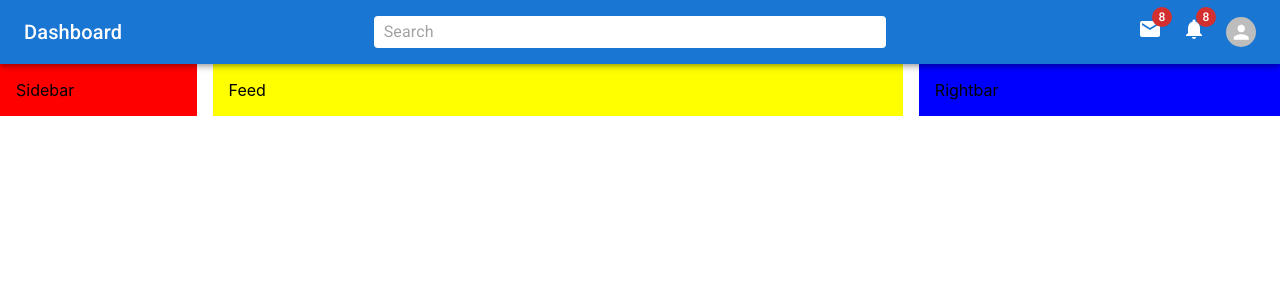
Repository: abubaker-cs/mui5_dashboard
Page: /
An editor plug-in stored every save of this project. The page is shown before and after the next save, followed by the edit.
The browser window is 1280 px wide. The pictures show the whole page.
The project was rebuilt for these pictures with package versions that can differ from the ones it lists, and the page was loaded fresh each time. Also part of the build but not shown: src/App.css.

Above is the page before, as saved 2022-07-17 06:24:01.

### public/index.html
<!DOCTYPE html>
<html lang="en">
  <head>
    <meta charset="utf-8" />
    <link rel="icon" href="%PUBLIC_URL%/favicon.ico" />
    <meta name="viewport" content="width=device-width, initial-scale=1" />
    <meta name="theme-color" content="#000000" />
    <meta
      name="description"
      content="Web site created using create-react-app"
    />
    <link rel="apple-touch-icon" href="%PUBLIC_URL%/logo192.png" />

    <link rel="manifest" href="%PUBLIC_URL%/manifest.json" />
    <link
      rel="stylesheet"
      href="https://fonts.googleapis.com/css?family=Roboto:300,400,500,700&display=swap"
    />
    <link
      rel="stylesheet"
      href="https://fonts.googleapis.com/icon?family=Material+Icons"
    />

    <title>React App</title>
  </head>
  <body>
    <noscript>You need to enable JavaScript to run this app.</noscript>
    <div id="root"></div>
  </body>
</html>

### src/App.js
import "./App.css";
import Sidebar from "./components/Sidebar";
import Feed from "./components/Feed";
import Rightbar from "./components/Rightbar";
import { Box, Stack } from "@mui/material";
import Navbar from "./components/Navbar";

function App() {
  return (
    <Box>
      <Navbar />
      <Stack direction="row" spacing={2} justifyContent="space-evenly">
        <Sidebar />
        <Feed />
        <Rightbar />
      </Stack>
    </Box>
  );
}

export default App;

### src/components/Sidebar.jsx
import { Box } from "@mui/material";
import React from "react";

const Sidebar = () => {
  return (
    <Box
      bgcolor="red"
      flex={1}
      p={2}
      sx={{ display: { xs: "none", sm: "block" } }}
    >
      Sidebar
    </Box>
  );
};

export default Sidebar;

### src/components/Feed.jsx
import { Box } from "@mui/material";
import React from "react";

const Feed = () => {
  return (
    <Box bgcolor="yellow" flex={4} p={2}>
      Feed
    </Box>
  );
};

export default Feed;

### src/components/Rightbar.jsx
import { Box } from "@mui/material";
import React from "react";

const Rightbar = () => {
  return (
    <Box
      bgcolor="blue"
      flex={2}
      p={2}
      sx={{ display: { xs: "none", sm: "block" } }}
    >
      Rightbar
    </Box>
  );
};

export default Rightbar;

### src/components/Navbar.jsx
import { Dashboard, Mail, Notifications } from "@mui/icons-material";
import {
  AppBar,
  Toolbar,
  styled,
  Typography,
  Box,
  InputBase,
  Badge,
  Avatar,
} from "@mui/material";
import React from "react";

// Base styles for custom Toolbar wrapper | flex justify = space-between
const StyledToolbar = styled(Toolbar)({
  display: "flex",
  justifyContent: "space-between",
});

//
const Search = styled("div")(({ theme }) => ({
  backgroundColor: "white",
  padding: "0 10px",
  borderRadius: theme.shape.borderRadius,
  width: "40%",
}));

const Icons = styled(Box)(({ theme }) => ({
  display: "flex",
  gap: "20px",
}));

const Navbar = () => {
  return (
    <AppBar position="sticky">
      <StyledToolbar>
        <Typography
          variant="h6"
          sx={{
            display: {
              xs: "none",
              sm: "block",
            },
          }}
        >
          Dashboard
        </Typography>
        <Dashboard
          sx={{
            display: {
              xs: "block",
              sm: "none",
            },
          }}
        />
        <Search>
          <InputBase placeholder="Search" />
        </Search>
        <Icons>
          <Badge badgeContent={8} color="error">
            <Mail />
          </Badge>
          <Badge badgeContent={8} color="error">
            <Notifications />
          </Badge>
          <Avatar sx={{ width: 30, height: 30 }} src="" />
        </Icons>
      </StyledToolbar>
    </AppBar>
  );
};

export default Navbar;

Loaded but not shown: src/index.js (common file); src/index.css (common file)

After the next save:
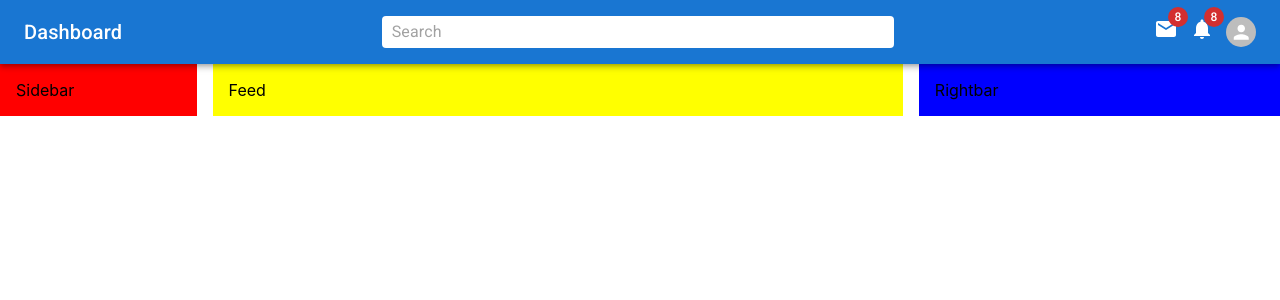
Saved 6 s later.
--- a/src/components/Navbar.jsx
+++ b/src/components/Navbar.jsx
@@ -27,7 +27,7 @@ const Search = styled("div")(({ theme }) => ({
 
 const Icons = styled(Box)(({ theme }) => ({
   display: "flex",
-  gap: "20px",
+  gap: "12px",
 }));
 
 const Navbar = () => {
